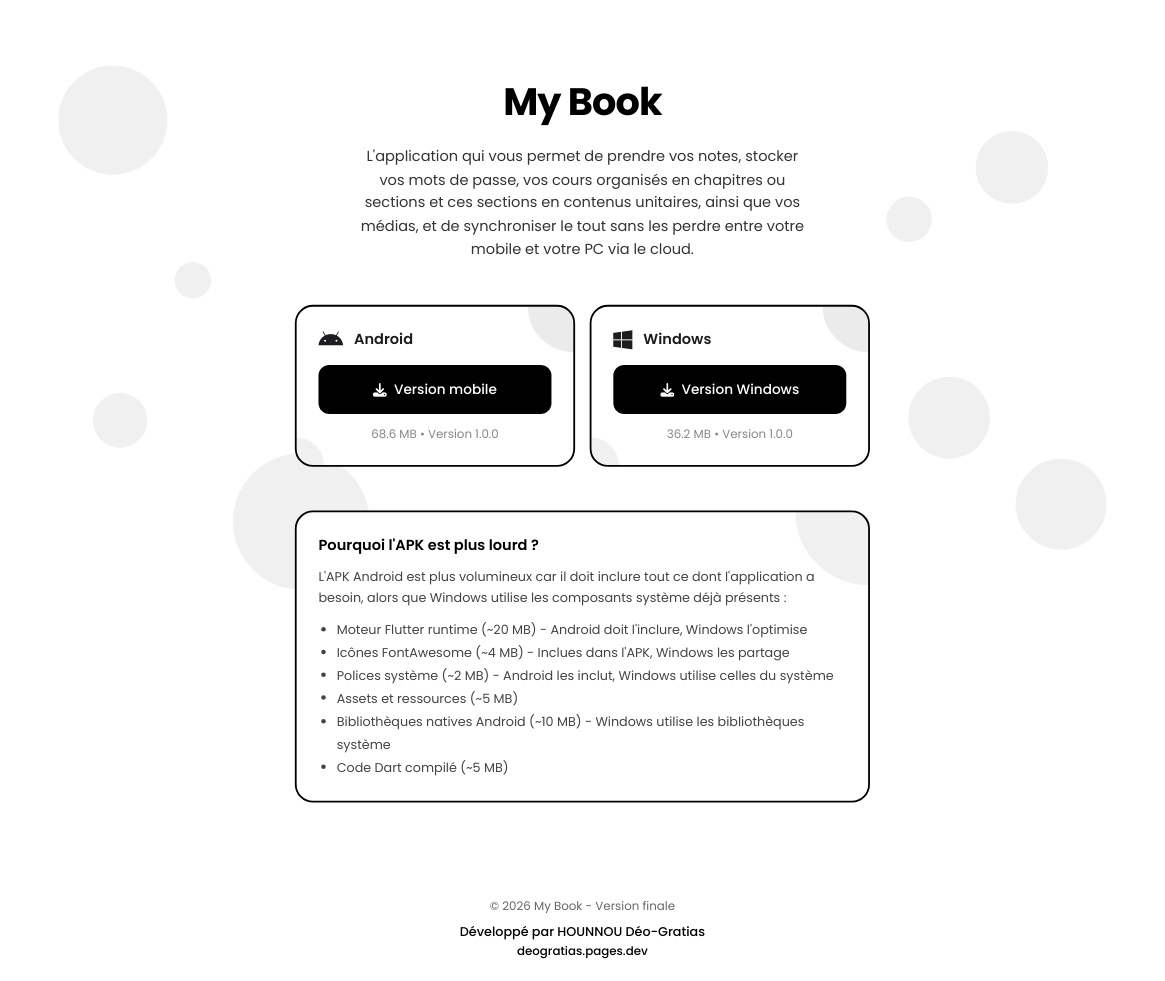
Repository: Deogratiasdev/app
Page: test.html
The author's editor kept a copy of each file at every save. The page is drawn from the files as they stood at one save, then again after the next save.
The browser window is 1280 px wide. The pictures show the whole page, at 91% of full size.

Above is the page before, as saved 2026-04-12 00:18:27.

### test.html
<!DOCTYPE html>
<html lang="fr">
<head>
    <meta charset="UTF-8">
    <meta name="viewport" content="width=device-width, initial-scale=1.0">
    <title>My Book - Téléchargement</title>
    <link rel="preconnect" href="https://fonts.googleapis.com">
    <link rel="preconnect" href="https://fonts.gstatic.com" crossorigin>
    <link href="https://fonts.googleapis.com/css2?family=Poppins:wght@300;400;500;600;700&display=swap" rel="stylesheet">
    <link rel="stylesheet" href="https://cdnjs.cloudflare.com/ajax/libs/font-awesome/6.4.0/css/all.min.css">
    <style>
        * {
            margin: 0;
            padding: 0;
            box-sizing: border-box;
        }
        body {
            font-family: 'Poppins', sans-serif;
            background: #ffffff;
            color: #000000;
            line-height: 1.5;
            min-height: 100vh;
            display: flex;
            flex-direction: column;
        }
        .container {
            max-width: 680px;
            margin: 0 auto;
            padding: 80px 24px;
            flex: 1;
        }
        .header {
            text-align: center;
            margin-bottom: 48px;
        }
        h1 {
            font-size: 42px;
            font-weight: 700;
            margin-bottom: 16px;
            letter-spacing: -1px;
            color: #000000;
        }
        .description {
            font-size: 16px;
            color: #333333;
            line-height: 1.6;
            max-width: 500px;
            margin: 0 auto;
        }
        .downloads {
            display: flex;
            flex-direction: column;
            gap: 16px;
            margin-bottom: 48px;
        }
        .download-card {
            background: #ffffff;
            border: 2px solid #000000;
            border-radius: 20px;
            padding: 24px;
            position: relative;
            overflow: hidden;
            transition: transform 0.3s ease;
        }
        .download-card:hover {
            transform: translateY(-4px);
            box-shadow: 8px 8px 0px #000000;
        }
        .download-card::before {
            content: '';
            position: absolute;
            top: -50px;
            right: -50px;
            width: 100px;
            height: 100px;
            background: #000000;
            border-radius: 50%;
            opacity: 0.08;
        }
        .download-card::after {
            content: '';
            position: absolute;
            bottom: -30px;
            left: -30px;
            width: 60px;
            height: 60px;
            background: #000000;
            border-radius: 50%;
            opacity: 0.06;
        }
        .download-card-header {
            display: flex;
            align-items: center;
            margin-bottom: 16px;
        }
        .download-card-header i {
            font-size: 24px;
            margin-right: 12px;
            color: #1d1d1f;
        }
        .download-card-header h2 {
            font-size: 16px;
            font-weight: 600;
            color: #1d1d1f;
        }
        .download-btn {
            display: flex;
            align-items: center;
            justify-content: center;
            width: 100%;
            padding: 16px 24px;
            background: #000000;
            color: #ffffff;
            text-decoration: none;
            font-size: 15px;
            font-weight: 500;
            border: none;
            border-radius: 12px;
            transition: background 0.2s ease;
        }
        .download-btn:hover {
            background: #333333;
        }
        .download-btn i {
            margin-right: 8px;
        }
        .download-info {
            font-size: 13px;
            color: #86868b;
            margin-top: 12px;
            text-align: center;
        }
        .info-section {
            background: #ffffff;
            border: 2px solid #000000;
            border-radius: 20px;
            padding: 24px;
            position: relative;
            overflow: hidden;
        }
        .info-section::before {
            content: '';
            position: absolute;
            top: -80px;
            right: -80px;
            width: 160px;
            height: 160px;
            background: #000000;
            border-radius: 50%;
            opacity: 0.06;
        }
        .info-section h3 {
            font-size: 16px;
            font-weight: 600;
            color: #000000;
            margin-bottom: 12px;
        }
        .info-section p {
            font-size: 14px;
            color: #444444;
            line-height: 1.6;
            margin-bottom: 12px;
        }
        .info-section ul {
            font-size: 14px;
            color: #444444;
            line-height: 1.8;
            margin-left: 20px;
        }
        .footer {
            text-align: center;
            padding: 24px;
            font-size: 13px;
            color: #666666;
        }
        .footer a {
            color: #000000;
            text-decoration: none;
            font-weight: 500;
            transition: color 0.2s ease;
        }
        .footer a:hover {
            color: #333333;
            text-decoration: underline;
        }
        .author {
            margin-top: 8px;
            font-size: 14px;
            font-weight: 500;
            color: #000000;
        }

        /* Bulles figées en background */
        .bg-bubbles {
            position: fixed;
            top: 0;
            left: 0;
            width: 100%;
            height: 100%;
            pointer-events: none;
            z-index: -1;
            overflow: hidden;
        }
        .bg-bubbles .bubble {
            position: absolute;
            background: #000000;
            border-radius: 50%;
            opacity: 0.06;
        }
        .bg-bubbles .bubble:nth-child(1) { width: 120px; height: 120px; top: 10%; left: 5%; }
        .bg-bubbles .bubble:nth-child(2) { width: 80px; height: 80px; top: 20%; right: 10%; }
        .bg-bubbles .bubble:nth-child(3) { width: 60px; height: 60px; top: 60%; left: 8%; }
        .bg-bubbles .bubble:nth-child(4) { width: 100px; height: 100px; top: 70%; right: 5%; }
        .bg-bubbles .bubble:nth-child(5) { width: 40px; height: 40px; top: 40%; left: 15%; }
        .bg-bubbles .bubble:nth-child(6) { width: 150px; height: 150px; bottom: 10%; left: 20%; }
        .bg-bubbles .bubble:nth-child(7) { width: 50px; height: 50px; top: 30%; right: 20%; }
        .bg-bubbles .bubble:nth-child(8) { width: 90px; height: 90px; bottom: 30%; right: 15%; }
        @media (min-width: 768px) {
            .downloads {
                flex-direction: row;
            }
            .download-card {
                flex: 1;
            }
        }
    </style>
</head>
<body>
    <div class="bg-bubbles">
        <div class="bubble"></div>
        <div class="bubble"></div>
        <div class="bubble"></div>
        <div class="bubble"></div>
        <div class="bubble"></div>
        <div class="bubble"></div>
        <div class="bubble"></div>
        <div class="bubble"></div>
    </div>
    <div class="container">
        <div class="header">
            <h1>My Book</h1>
            <p class="description">L'application qui vous permet de prendre vos notes, stocker vos mots de passe, vos cours organisés en chapitres ou sections et ces sections en contenus unitaires, ainsi que vos médias, et de synchroniser le tout sans les perdre entre votre mobile et votre PC via le cloud.</p>
        </div>

        <div class="downloads">
            <div class="download-card">
                <div class="download-card-header">
                    <i class="fab fa-android"></i>
                    <h2>Android</h2>
                </div>
                <a href="https://github.com/Deogratiasdev/app/raw/main/releases/MyBook.apk" download class="download-btn"><i class="fas fa-download"></i> Version mobile</a>
                <p class="download-info">68.6 MB • Version 1.0.0</p>
            </div>

            <div class="download-card">
                <div class="download-card-header">
                    <i class="fab fa-windows"></i>
                    <h2>Windows</h2>
                </div>
                <a href="https://github.com/Deogratiasdev/app/raw/main/releases/MyBook_Setup.exe" download class="download-btn"><i class="fas fa-download"></i> Version Windows</a>
                <p class="download-info">36.2 MB • Version 1.0.0</p>
            </div>
        </div>

        <div class="info-section">
            <h3>Pourquoi l'APK est plus lourd ?</h3>
            <p>L'APK Android est plus volumineux car il doit inclure tout ce dont l'application a besoin, alors que Windows utilise les composants système déjà présents :</p>
            <ul>
                <li>Moteur Flutter runtime (~20 MB) - Android doit l'inclure, Windows l'optimise</li>
                <li>Icônes FontAwesome (~4 MB) - Inclues dans l'APK, Windows les partage</li>
                <li>Polices système (~2 MB) - Android les inclut, Windows utilise celles du système</li>
                <li>Assets et ressources (~5 MB)</li>
                <li>Bibliothèques natives Android (~10 MB) - Windows utilise les bibliothèques système</li>
                <li>Code Dart compilé (~5 MB)</li>
            </ul>
        </div>
    </div>

    <div class="footer">
        © 2026 My Book - Version finale<br>
        <div class="author">Développé par HOUNNOU Déo-Gratias</div>
        <a href="https://deogratias.pages.dev" target="_blank">deogratias.pages.dev</a>
    </div>
</body>
</html>

After the next save:
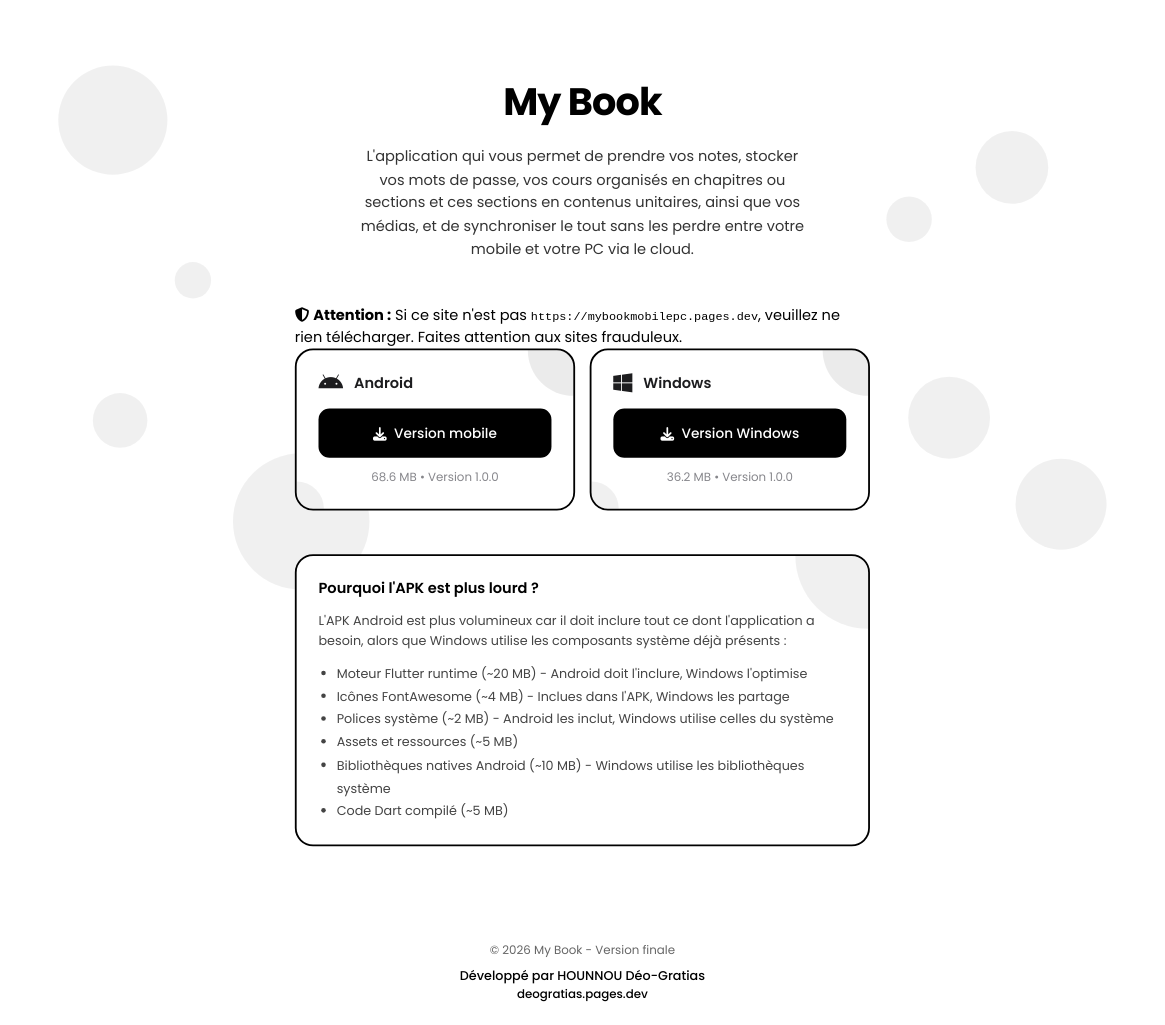
Saved 2 min 42 s later.
--- a/test.html
+++ b/test.html
@@ -242,6 +242,11 @@
             <p class="description">L'application qui vous permet de prendre vos notes, stocker vos mots de passe, vos cours organisés en chapitres ou sections et ces sections en contenus unitaires, ainsi que vos médias, et de synchroniser le tout sans les perdre entre votre mobile et votre PC via le cloud.</p>
         </div>
 
+        <div class="warning-box">
+            <i class="fas fa-shield-alt"></i>
+            <strong>Attention :</strong> Si ce site n'est pas <code>https://mybookmobilepc.pages.dev</code>, veuillez ne rien télécharger. Faites attention aux sites frauduleux.
+        </div>
+
         <div class="downloads">
             <div class="download-card">
                 <div class="download-card-header">
